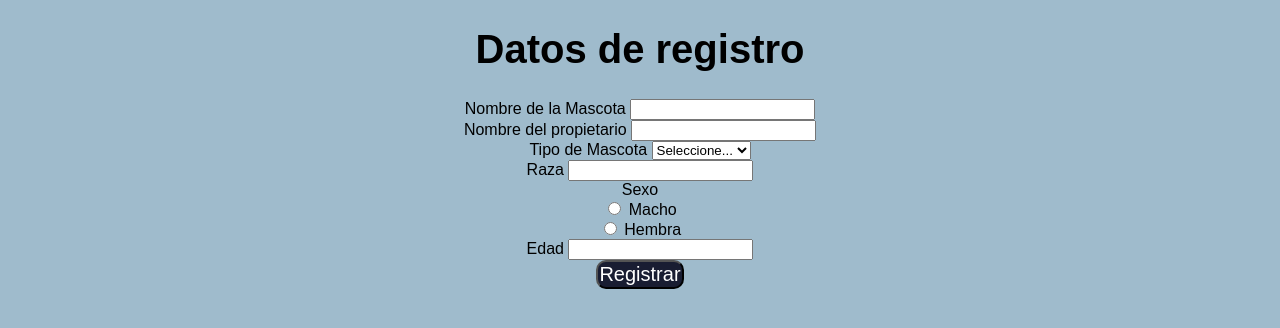
Repository: dimhernandezca/app-arquitectura-enlanube
Page: http://localhost/register_page
The author's editor kept a record of every edit. The page is drawn from the files as they stood at one moment, then again after the next edit.
The browser window is 1280 px wide. The pictures show the whole page.
The page is served by the project's application, run on Flask 3 (server.py).

Above is the page before.

### templates/register.html
<!DOCTYPE html>
<html>

<head>
    <meta http-equiv="content-type" content="text/html; charset=utf-8" />
    <title>Registrar Mascotas</title>
    <link rel="stylesheet" href="../static/css/styleRegister.css" type="text/css" />
    <script src="../static/js/appRegister.js" type="text/javascript" charset="utf-8"></script>

</head>

<body>
    <h1>Datos de registro</h1>
    <form action="/register_user" method="post">
        <div class="form-group">
            <label>Nombre de la Mascota</label> <input type="text" name="nombreMascota" />
        </div>
        <div class="form-group">
            <label>Nombre del propietario</label> <input type="text" name="propietario">
        </div>
        <div class="form-group">
            <label>Tipo de Mascota</label>
            <select id="tipoMascota" name="petType">
                <option value="Seleccione">Seleccione...</option>
                <option value="pe">Perro</option>
                <option value="ga">Gato</option>
                <option value="pa">Pájaro</option>
            </select>
        </div>
        <div class="form-group">
            <label>Raza</label> <input type="text" name="raza" />
        </div>
        <div class="form-group">
            <label>Sexo</label>
            <div class="radio-group">
                <label for="sexoMacho">
                    <input type="radio" id="sexoMacho" name="sexo" value="macho" required>
                    Macho
                </label>
            </div>
            <div class="radio-group">
                <label for="sexoHembra">
                    <input type="radio" id="sexoHembra" name="sexo" value="hembra" required>
                    Hembra
                </label>
            </div>
        </div>
        <div class="form-group">
            <label>Edad</label> <input type="text" name="edad" />
        </div>
        <button onClick="registerUser()">Registrar</button>
    </form>

</body>

</html>

### server.py
from flask import Flask, render_template, request
from database.db import *

app = Flask(__name__)

@app.route("/")
def home():
    connectionSQL()
    return render_template("home.html")

@app.route("/register_page")
def register_page():
    return render_template("register.html")

@app.route("/consult_page")
def consult_page():
    return render_template("consult.html")

@app.route("/register_user", methods=["post"])
def register_user():
    id = request.form["id"]
    name = request.form["name"]
    lastname = request.form["lastname"]
    birthday = request.form["birthday"]
    print(id, name, lastname, birthday)
    return "OK"

if __name__ =="__main__":
    host = "127.0.0.1"
    port = "8080"
    app.run(host, port)

### database/db.py
import pymysql
db_host = 'instance-cym.cjekikmkoq9h.us-east-2.rds.amazonaws.com'
db_user = 'dianah'
db_password = 'Hdez2024..'

def connectionSQL():
    try:
        connectio_sql = pymysql.connect(
            host = db_host,
            user = db_user,
            password = db_password
        )
        print("Successfull connection to the database")
    except:
        print("Error connecting to the database")

### static/css/styleRegister.css
h1 {
    text-align: center;
    font-size: 40px;
}

body {
    background-color: #9FBBCC;
    font-family: Arial, sans-serif;
    justify-content: center;
}
button {
    font-size: 20px;
    background-color: #191D32;
    color: white;
    border-radius: 10px;
    padding: 1px;
    margin-left: 0.3%;
    margin-right: 0.3%;
}

form {
    text-align: center;
}

### static/js/appRegister.js
function registerUser(){
    alert("Registro de mascota Exitoso")
}

After the next edit:
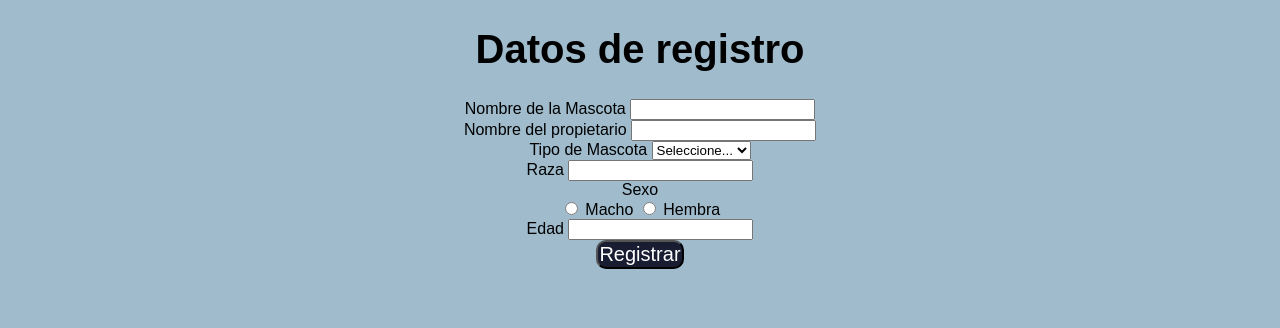
The edit:
--- a/templates/register.html
+++ b/templates/register.html
@@ -37,8 +37,6 @@
                     <input type="radio" id="sexoMacho" name="sexo" value="macho" required>
                     Macho
                 </label>
-            </div>
-            <div class="radio-group">
                 <label for="sexoHembra">
                     <input type="radio" id="sexoHembra" name="sexo" value="hembra" required>
                     Hembra
